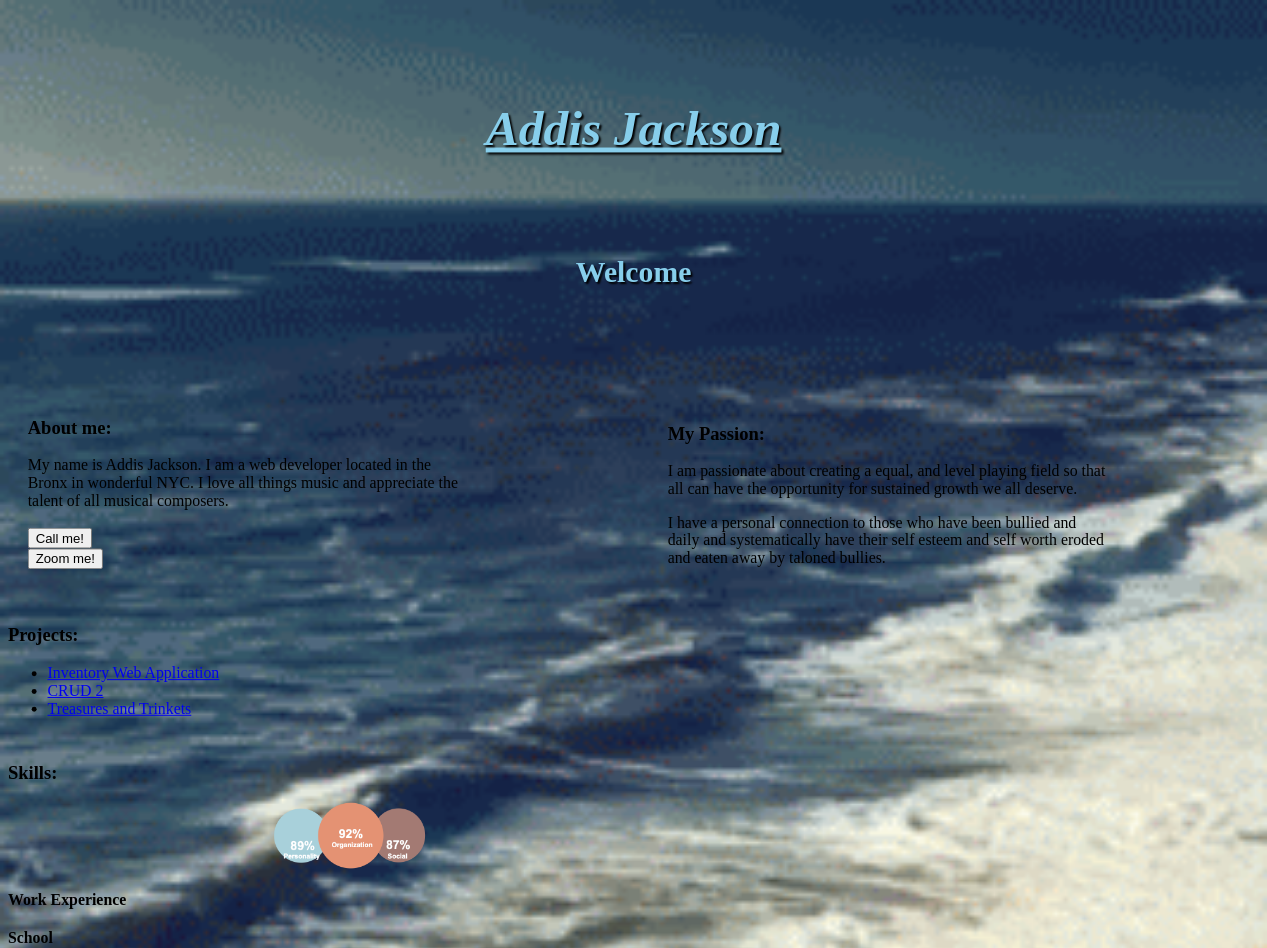
Repository: 10-2-pursuit/lab-design-assets
Page: index.html
An editor plug-in stored every save of this project. The page is shown before and after the next save, followed by the edit.
The browser window is 1280 px wide. The pictures show the part of the page from y = 0 to 958 px (the page is 1978 px tall), at 99% of full size.
A picture or video elsewhere on the page could not be fetched, so the positions and the page height are approximate.

Above is the page before, as saved 2023-07-16 06:04:36.

### index.html
<!DOCTYPE html>
<html lang="en">
  <head>
    <meta charset="UTF-8" />
    <meta http-equiv="X-UA-Compatible" content="IE=edge" />
    <meta name="viewport" content="width=device-width, initial-scale=1.0" />
    <link rel="stylesheet" href="style.css" />
    <title>MY PORTFOLIO</title>
  </head>
  <body>
    <header>
      <h1>Addis Jackson</h1>
    </header>
    <main>
      <section>
        <h2>Welcome</h2>
        <article for="about" class="about">
          <h3>About me:</h3>
          <p>
            My name is Addis Jackson.
            I am a web developer located in the Bronx in wonderful NYC.
            I love all things music and appreciate the talent of all musical composers.
            <br>
            <br>
            <button for="callMe">Call me!</button>
            <br>
            <button for="zoomMe" href=""https://us06web.zoom.us/j/7717484238">Zoom me!</button>
          </p>
        </article>
        <article for="passion" class="passion">
          <h3>My Passion:</h3>
          <p>I am passionate about creating a equal, and level playing field so that all can have the opportunity for sustained growth we all deserve.</p>
          <p>I have a personal connection to those who have been bullied and daily and systematically have their self esteem and self worth eroded and eaten away by taloned bullies.</p>

        </article>
      </section>
      <section>
        <article class="projects">
          <h3>Projects:</h3>
          <ul>
            <!-- TO DO LINK TO THE THREE LABS OR PROJECTS YOU ARE MOST PROUD OF SO FAR -->
            <li><a href="https://github.com/addisjackson/inventory-web-application">Inventory Web Application</a></li>
            <li><a href="https://github.com/addisjackson/crud2">CRUD 2</a></li>
            <li><a href="https://github.com/addisjackson/Treasures-and-Trinkets-Project-AddisJackson">Treasures and Trinkets</a></li>
          </ul>
        </article>
        <article class="skills">
        <h3>Skills:</h3>
          <img src="./assets/Pasted Graphic 1.png" alt="Skills section"></img>
        </article>
      </section>
    </main>
    <aside>
      <h4>Work Experience</h4>
      <!-- add whatever details you want here -->
      <h4>School</h4>
      <!-- add whatever details you want here -->
    </aside>
    <footer>
      <ul>
        <li>
          <!-- TO DO UPDATE LINKS TO GO TO YOUR PROFILES/EMAIL -->
          <a href="https://www.linkedin.com/addisjackson"
            ><img src="./assets/LinkedIn-Logos/LI-Logo.png" alt=""
          /></a>
        </li>
        <li>
          <a href="https://github.com/addisjackson"
            ><img src="./assets/github-mark/github-mark.png" alt=""
          /></a>
        </li>
        <li>
          <a href="mailto:addisjackson@pursuit.org"
            ><img src="./assets/email-g8e9fd44a3_640.png" alt="Email me"
          /></a>
        </li>
      </ul>
    </footer>
  </body>
</html>

### style.css
body {
    background-image: url("./assets/waves-beach.gif");
    background-repeat: no-repeat;
    background-size: cover;
}

h1 {
    font-size: 50px;
    color: skyblue;
    text-align: center;
    margin-top: 100px;
    margin-bottom: 100px;
    text-shadow: 2px 2px 2px black;
    font-weight: bold;
    font-family: Calibri Light, Calibri,;
    font-style: italic;
    text-decoration: underline;
}

h2 {
    font-size: 30px;
    color: skyblue;
    text-align: center;
    margin-top: 100px;
    margin-bottom: 100px;
    text-shadow: 2px 2px 2px black;
    font-weight: bold;
    font-family: fantasy;
}

article {
    display: inline-block;
}

.about {
    text-align: left;
    margin-top: 10px;
    margin-bottom: 10px;
    margin-left: 20px;
    margin-right: 200px;
    width: 35%
}

.about p {
    word-wrap: width ;
}
.passion p {
    word-wrap: width ;
}

.passion {

    text-align: left;
    margin-top: 10px;
    margin-bottom: 10px;
    margin-right: 20px;
    width: 35%
}

.projects .skills {
    display: inline-block;
}

.projects  {    text-align: left;
    margin-top: 10px;
    margin-bottom: 10px;
    margin-right: 1opx;
    width: 35%;
}

.skills {
    display: block;
    text-align: left;
    margin-top: 10px;
    margin-bottom: 10px;
    margin-right: 20px;
    width: 35%;
}

Img {
    display: block;
    margin-left: auto;
    margin-right: auto;
    width: 35%;
    height: auto;
    margin-top: 10px;
    margin-bottom: 10px;
    margin-right: 20px;
}

footer, img {
    display: block;
}

After the next save:
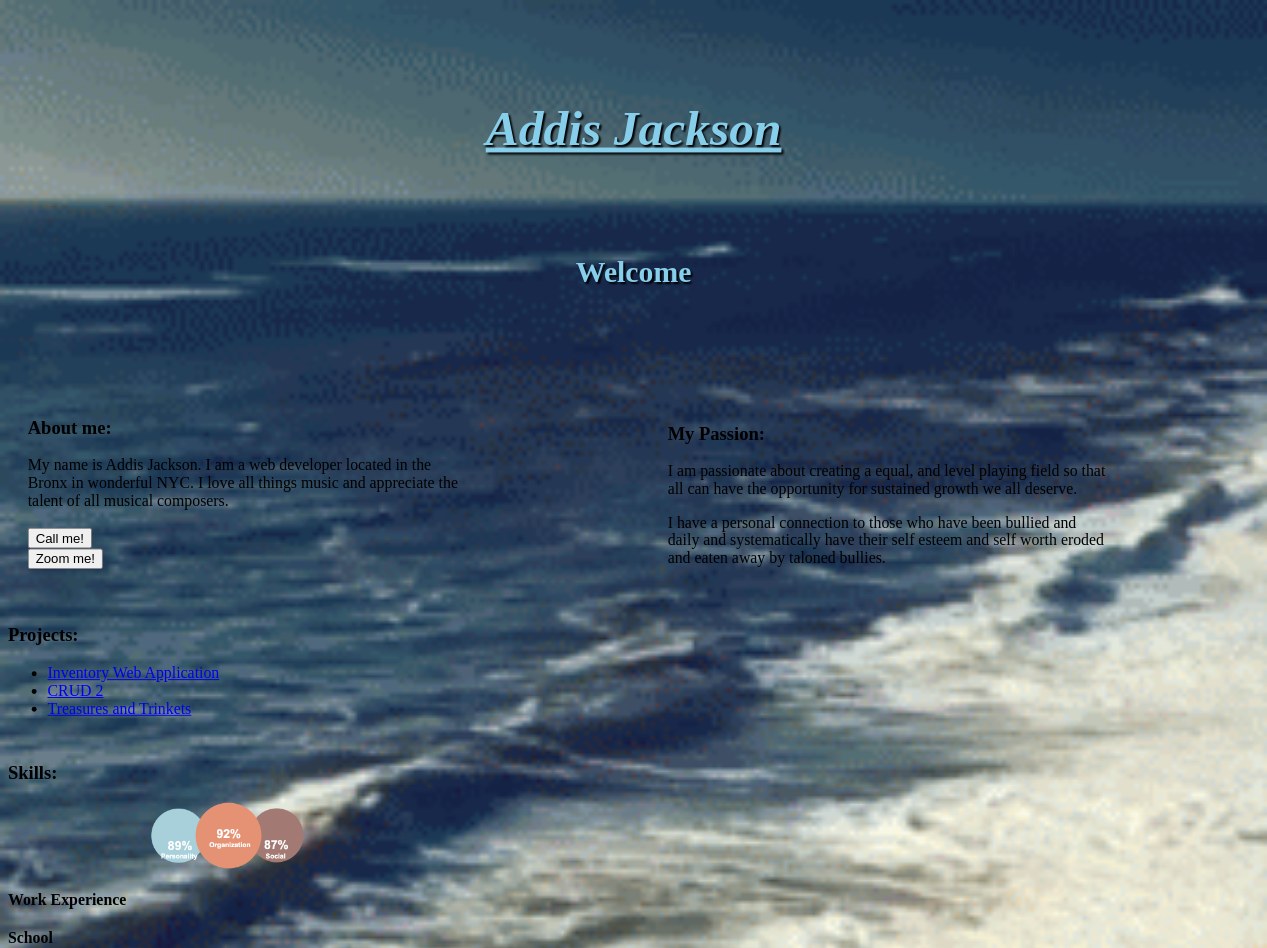
Saved 115 s later.
--- a/style.css
+++ b/style.css
@@ -90,4 +90,7 @@ Img {
 
 footer, img {
     display: block;
+    margin-left: auto;
+    margin-right: auto;
+    height: 25%;
 }
